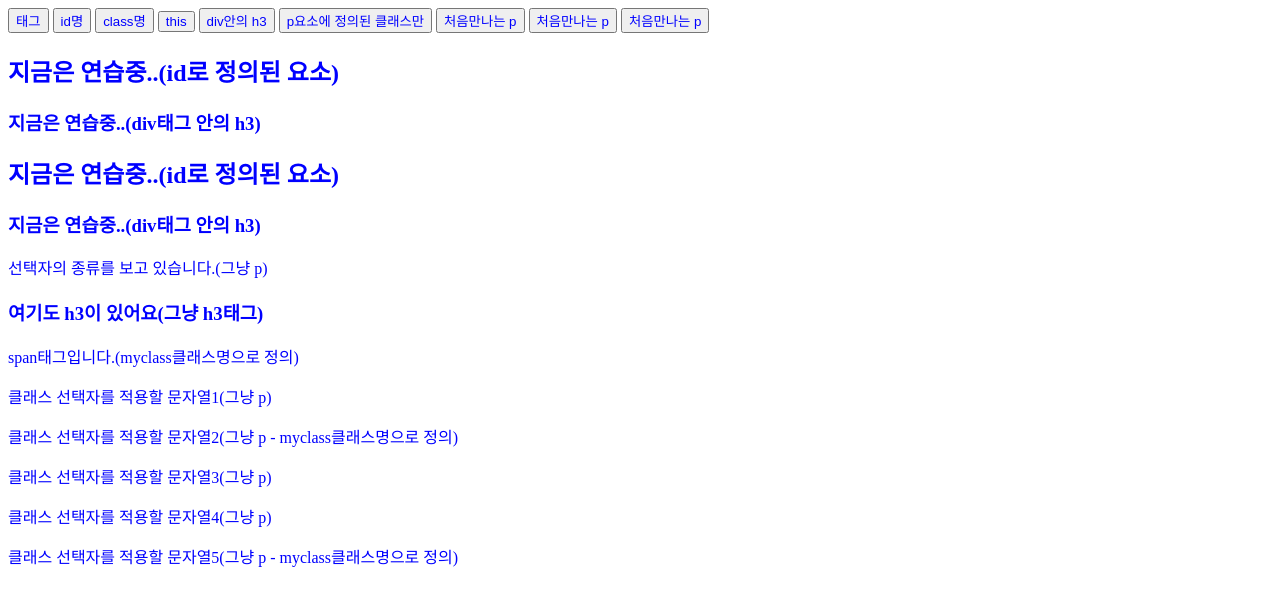
Repository: sonic247897/multicampus-web
Page: clientweb/WebContent/jquery/jquery_selector.html
An editor plug-in stored every save of this project. The page is shown before and after the next save, followed by the edit.
The browser window is 1280 px wide. The pictures show the whole page.

Above is the page before, as saved 2020-01-10 07:28:52.

### clientweb/WebContent/jquery/jquery_selector.html
<!DOCTYPE html>
<html>
<head>
	<meta charset="EUC-KR">
	<title>Insert title here</title>
	<script src="https://ajax.googleapis.com/ajax/libs/jquery/3.4.1/jquery.min.js"></script>
</head>
<body>

	<div id="btns">
		<input type="button" value="태그" name="btn" id="tag" />
		<input type="button" value="id명" name="btn" id="id" />
		<input	type="button" value="class명" name="btn" id="class" />
		<input type="button" value="this" name="btn" id="this" />
		<input type="button" value="div안의 h3" name="btn" id="myh3" />
		<input type="button" value="p요소에 정의된 클래스만" name="btn" id="pclass" />
		<input	type="button" value="처음만나는 p" name="btn" id="firstP" />
		<input	type="button" value="처음만나는 p" name="btn" id="firstP" />
		<input	type="button" value="처음만나는 p" name="btn" id="firstP" />
	</div>
	<div>
		<h2 id="myid">지금은 연습중..(id로 정의된 요소)</h2>
		<h3>지금은 연습중..(div태그 안의 h3)</h3>
	</div>
	<div>
		<h2 id="myid">지금은 연습중..(id로 정의된 요소)</h2>
		<h3>지금은 연습중..(div태그 안의 h3)</h3>
	</div>
	<p>선택자의 종류를 보고 있습니다.(그냥 p)</p>
	<h3>여기도 h3이 있어요(그냥 h3태그)</h3>
	<span class="myclass">span태그입니다.(myclass클래스명으로 정의)</span>

	<p>클래스 선택자를 적용할 문자열1(그냥 p)</p>
	<p class="myclass">클래스 선택자를 적용할 문자열2(그냥 p - myclass클래스명으로 정의)</p>
	<p>클래스 선택자를 적용할 문자열3(그냥 p)</p>
	<p>클래스 선택자를 적용할 문자열4(그냥 p)</p>
	<p class="myclass">클래스 선택자를 적용할 문자열5(그냥 p - myclass클래스명으로 정의)</p>

	<script type="text/javascript">
		//jQuery의 선택자 연습
		$(document).ready(function() {
			$("*").css("color", "blue");

		});
	</script>

</body>
</html>

After the next save:
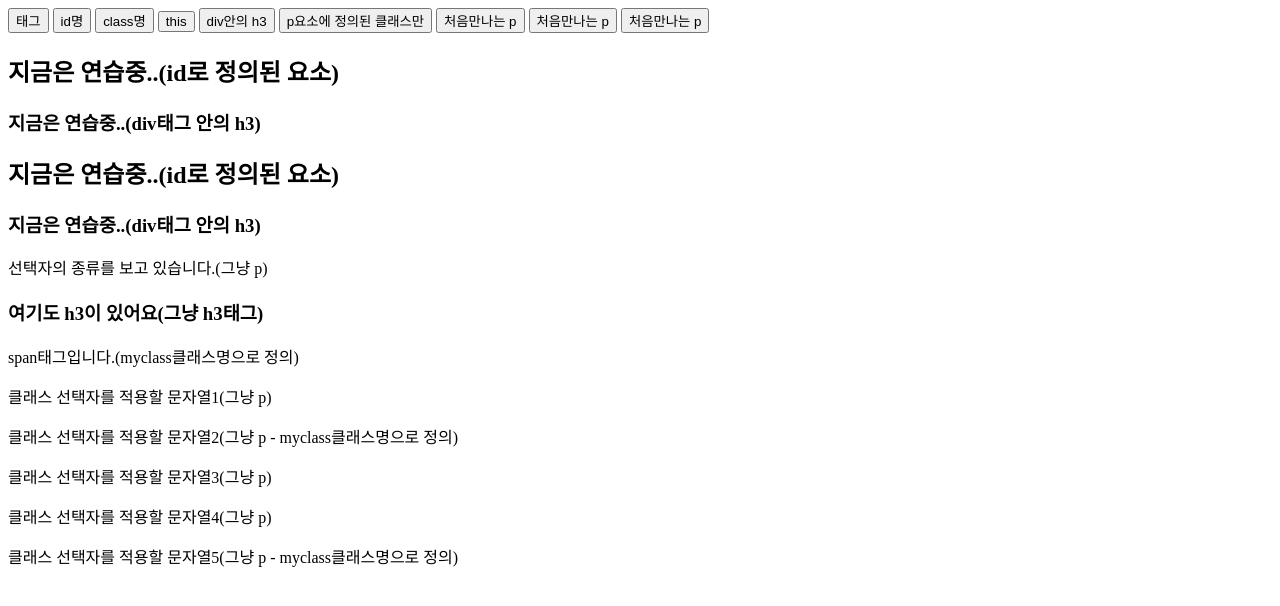
Console error: ReferenceError: $ is not defined
Saved 15 s later.
--- a/clientweb/WebContent/jquery/jquery_selector.html
+++ b/clientweb/WebContent/jquery/jquery_selector.html
@@ -3,7 +3,7 @@
 <head>
 	<meta charset="EUC-KR">
 	<title>Insert title here</title>
-	<script src="https://ajax.googleapis.com/ajax/libs/jquery/3.4.1/jquery.min.js"></script>
+
 </head>
 <body>
 

After the save that followed:
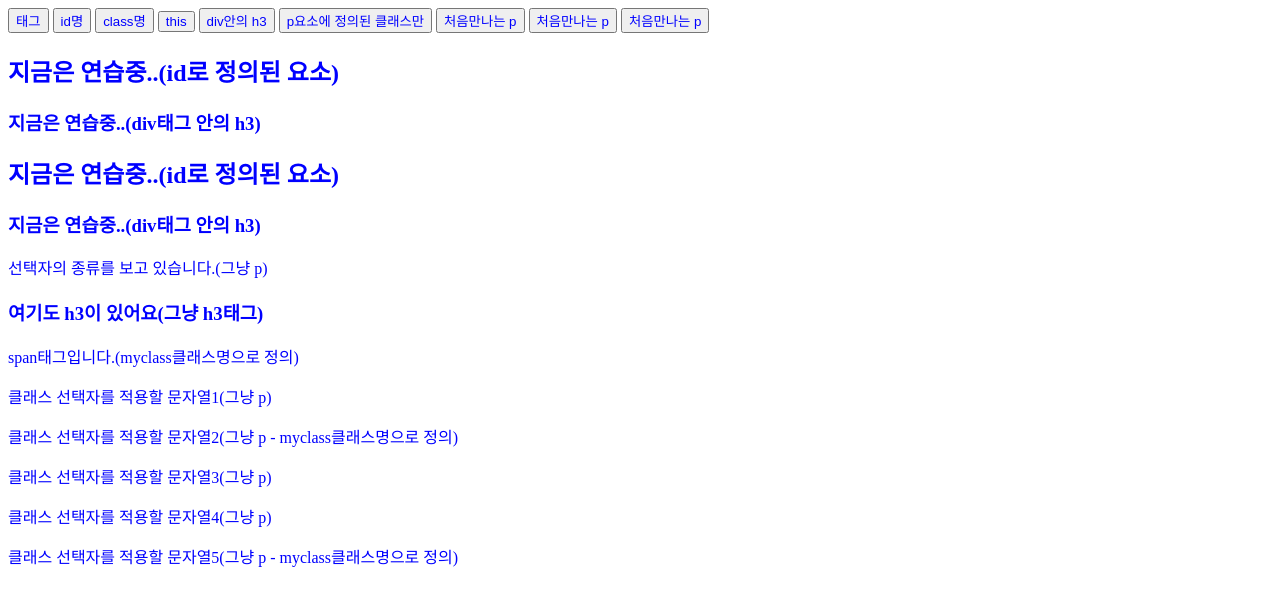
The error is gone.
Saved 10 s later.
--- a/clientweb/WebContent/jquery/jquery_selector.html
+++ b/clientweb/WebContent/jquery/jquery_selector.html
@@ -3,7 +3,7 @@
 <head>
 	<meta charset="EUC-KR">
 	<title>Insert title here</title>
-
+	<script src="https://ajax.googleapis.com/ajax/libs/jquery/3.4.1/jquery.min.js"></script>
 </head>
 <body>
 
